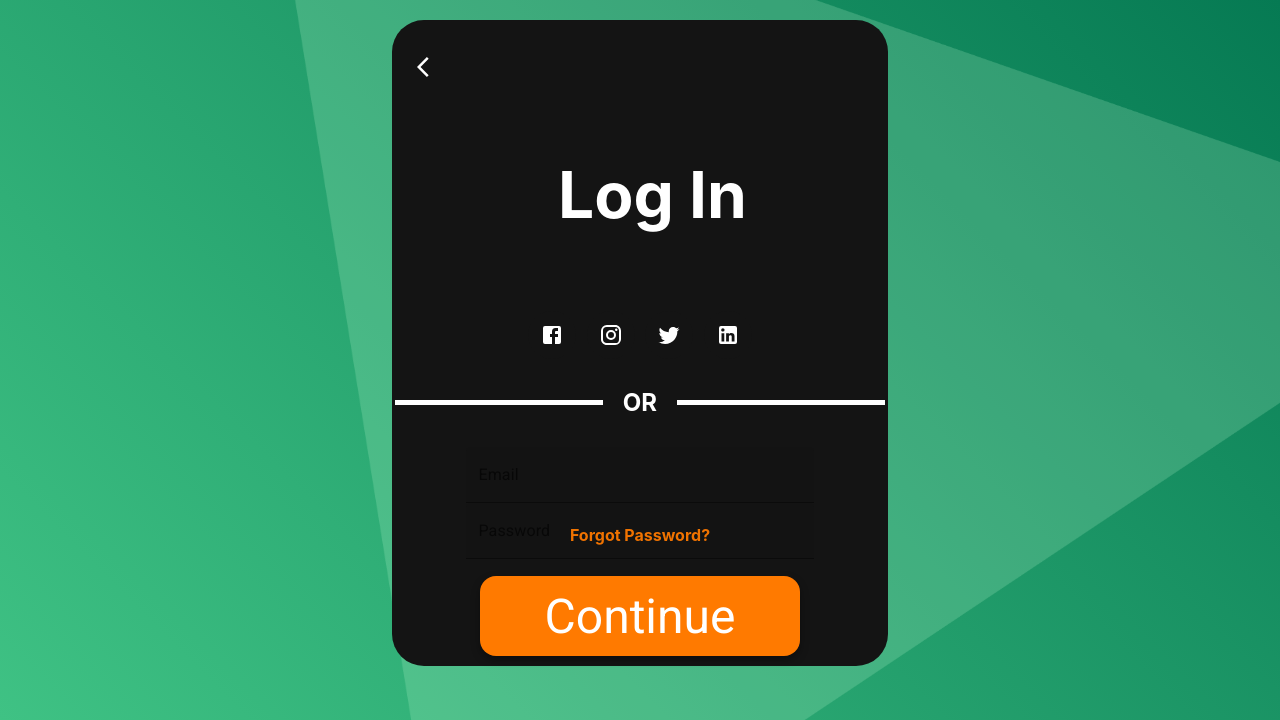
Repository: wilyyy/John
Page: /login (app in john-app/)
These files come from the project's save history. The page is drawn as it stood at one moment and after the next save; the edit follows.
The browser window is 1280 px wide. The pictures show the whole page.
The project was rebuilt for these pictures with package versions that can differ from the ones it lists, and the page was loaded fresh each time. The framework's server and built-in components were replaced by stand-ins that run in the browser. Also part of the build but not shown: john-app/next.config.js.

Above is the page before, as saved 2021-10-07 22:25:37.

After the next save:
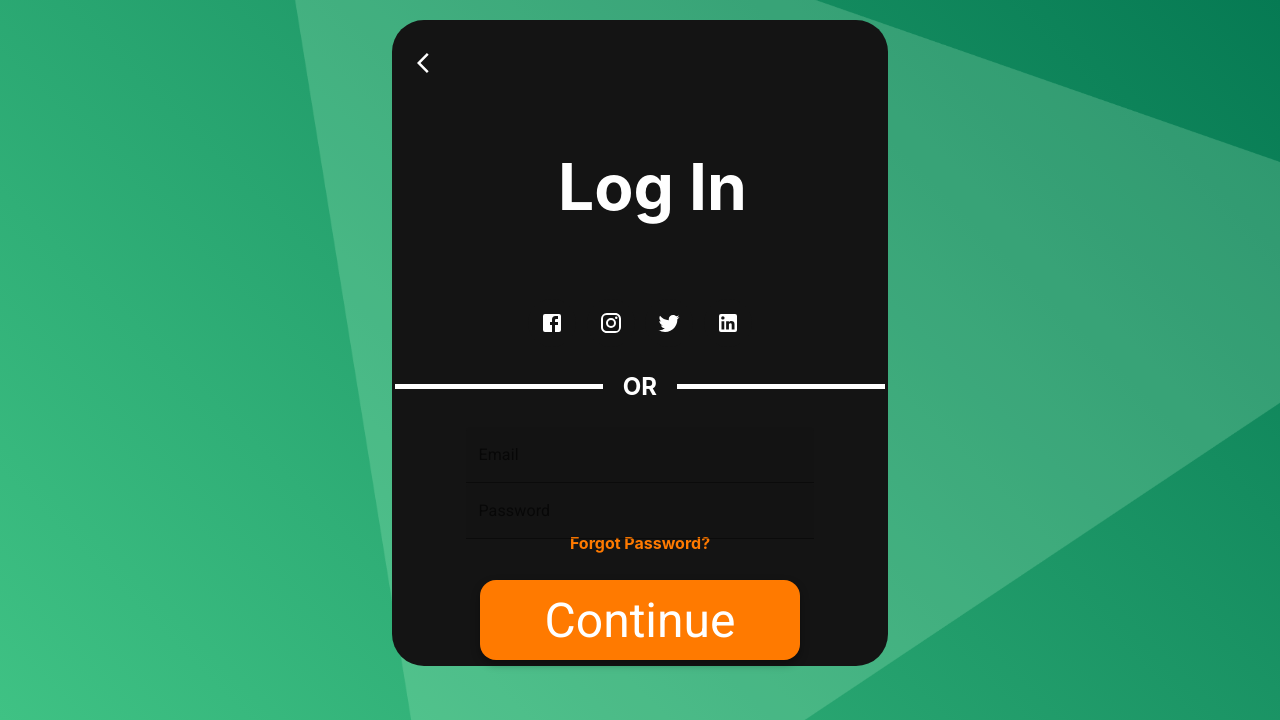
Saved 13 s later.
--- a/john-app/pages/login.js
+++ b/john-app/pages/login.js
@@ -63,7 +63,7 @@ const LogInFormCont = styled.div`
     display: flex;
     flex-direction: column;
     justify-content: space-evenly;
-    height: 3rem;
+    height: 5rem;
     width: 70%;
 `
 
